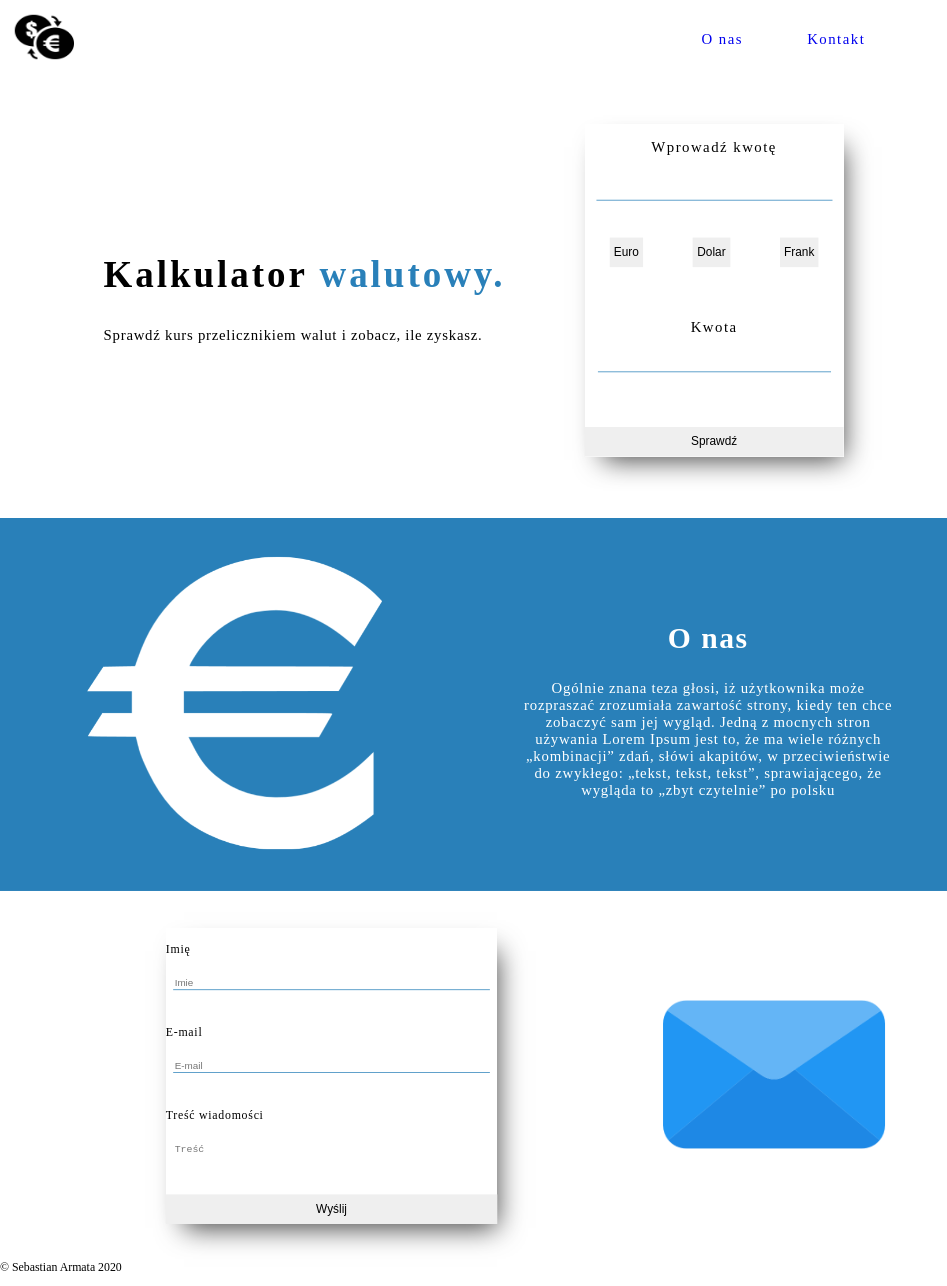
Repository: SebastianArmata22/Kalkulator-walut
Page: index.html
An editor plug-in stored every save of this project. The page is shown before and after the next save, followed by the edit.
The browser window is 1280 px wide. The pictures show the whole page, at 74% of full size.

Above is the page before, as saved 2020-10-24 14:15:55.

After the next save:
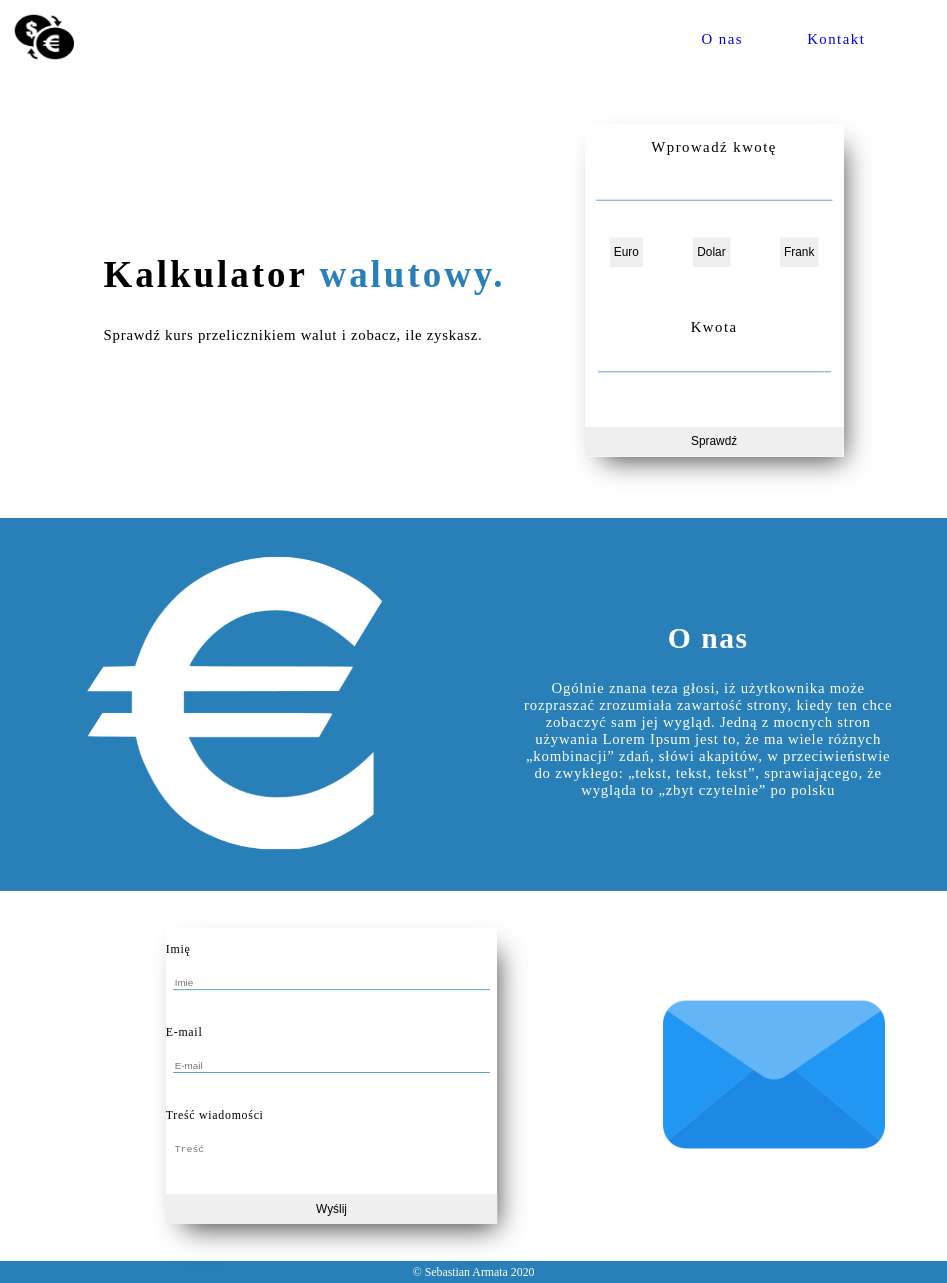
Saved 47 s later.
--- a/style.css
+++ b/style.css
@@ -208,3 +208,11 @@ font-size: 16px;
 max-width: 300px;
 
 }
+.footer{
+    display: flex;
+    align-items: center;
+    justify-content: center;
+    background-color: #2980b9;
+    color: white;
+    height: 30px;
+}
